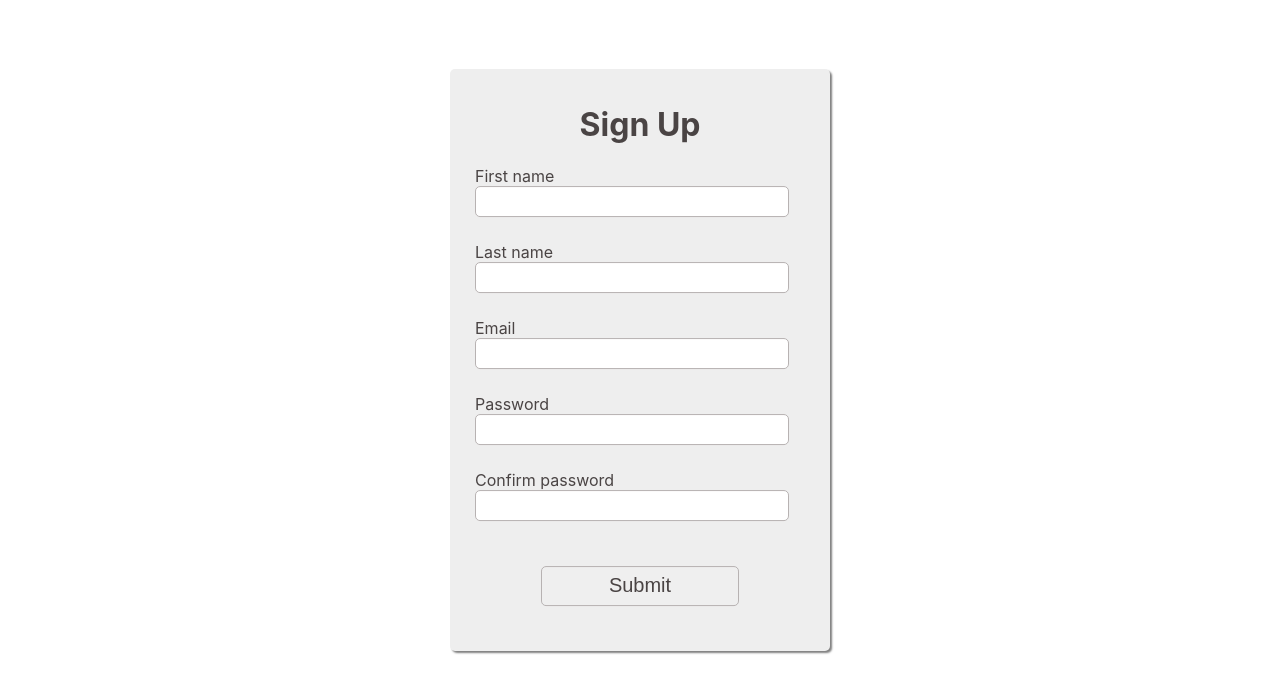
Repository: khamraeva/JSP-homework1-sighup
Page: /
An editor plug-in stored every save of this project. The page is shown before and after the next save, followed by the edit.
The browser window is 1280 px wide. The pictures show the whole page.
The project was rebuilt for these pictures with package versions that can differ from the ones it lists, and the page was loaded fresh each time.

Above is the page before, as saved 2020-07-23 12:00:44.

After the next save:
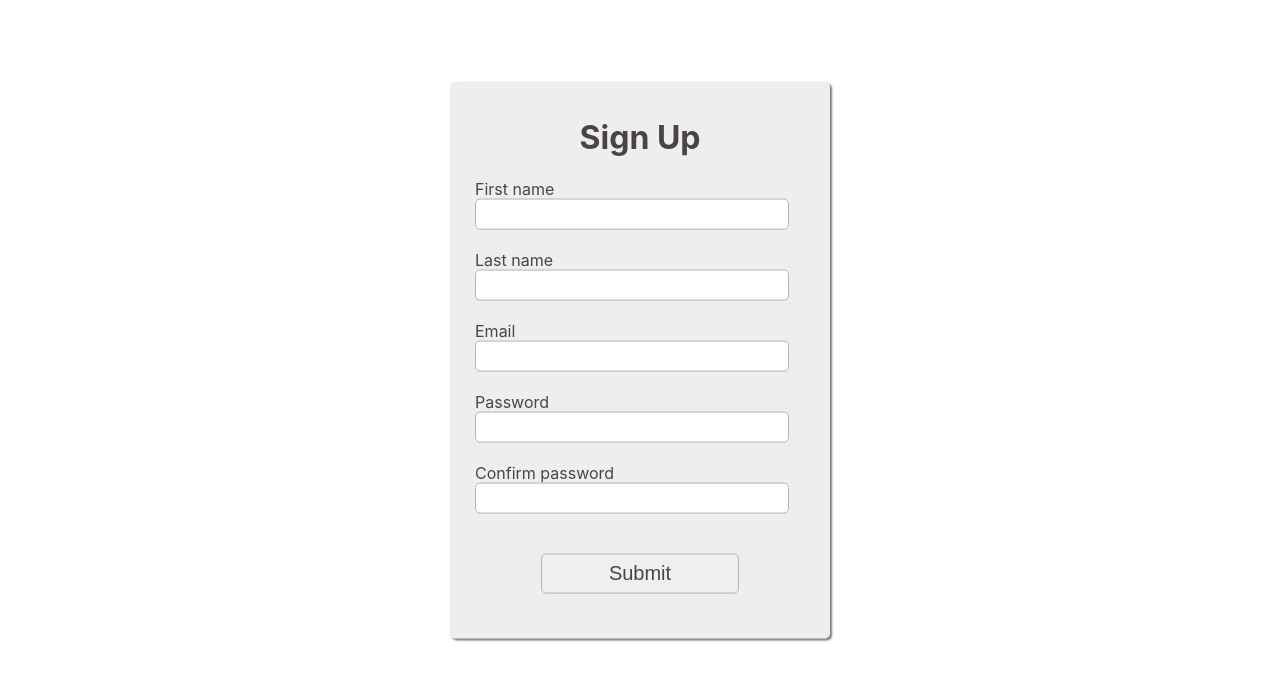
Saved 15 s later.
--- a/src/Components/Input/Input.css
+++ b/src/Components/Input/Input.css
@@ -7,7 +7,7 @@ label {
     box-sizing: border-box;
     border: 1px solid #bebebe;
     padding: 7px;
-    margin: 0 0 5px;
+    /* margin: 0 0 5px; */
     width: 95%;
     outline: none;
     border-radius: 5px;
